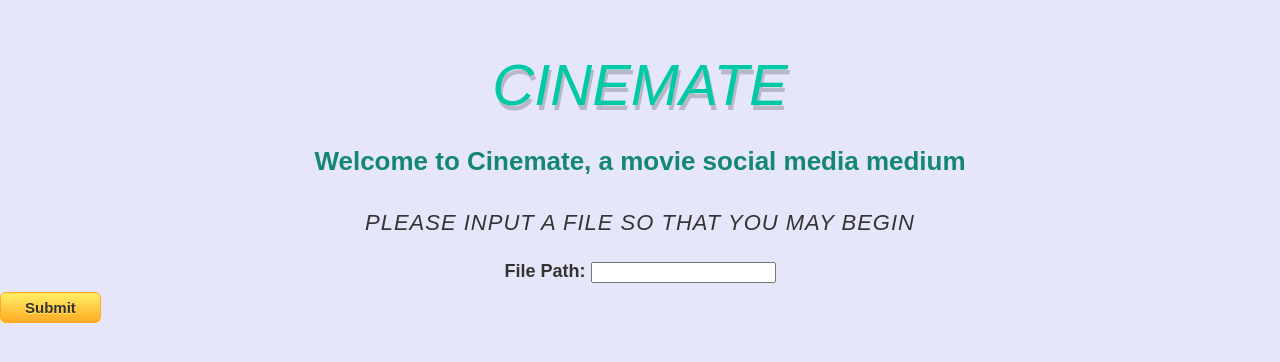
Repository: ir1998/cs201
Page: http://localhost/Assignment2/GetFile.jsp
An editor plug-in stored every save of this project. The page is shown before and after the next save, followed by the edit.
The browser window is 1280 px wide. The pictures show the whole page.
The page is served by Tomcat 9.

Above is the page before, as saved 2017-02-10 18:47:10.

After the next save:
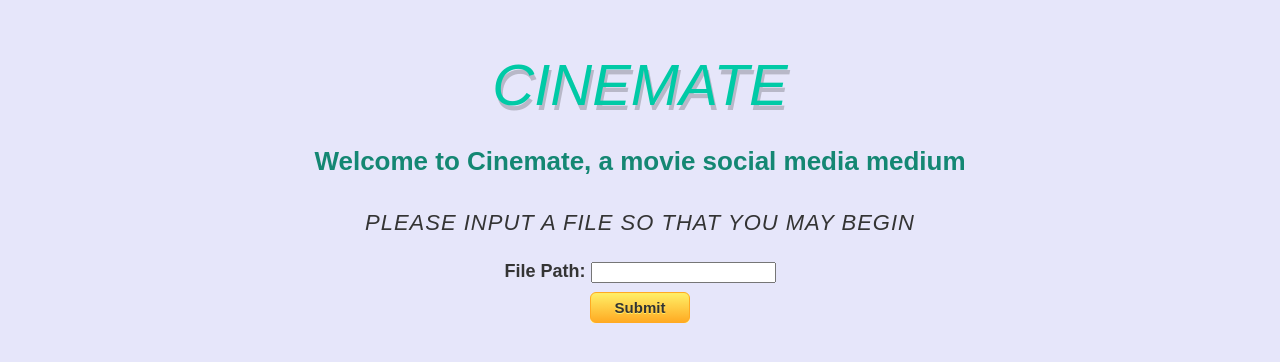
Saved 11 s later.
--- a/Assignment2/WebContent/main.css
+++ b/Assignment2/WebContent/main.css
@@ -100,3 +100,5 @@
 	top:1px;
 	text-align:center;
 }
+
+#ButtonHolder{ text-align: center; }
